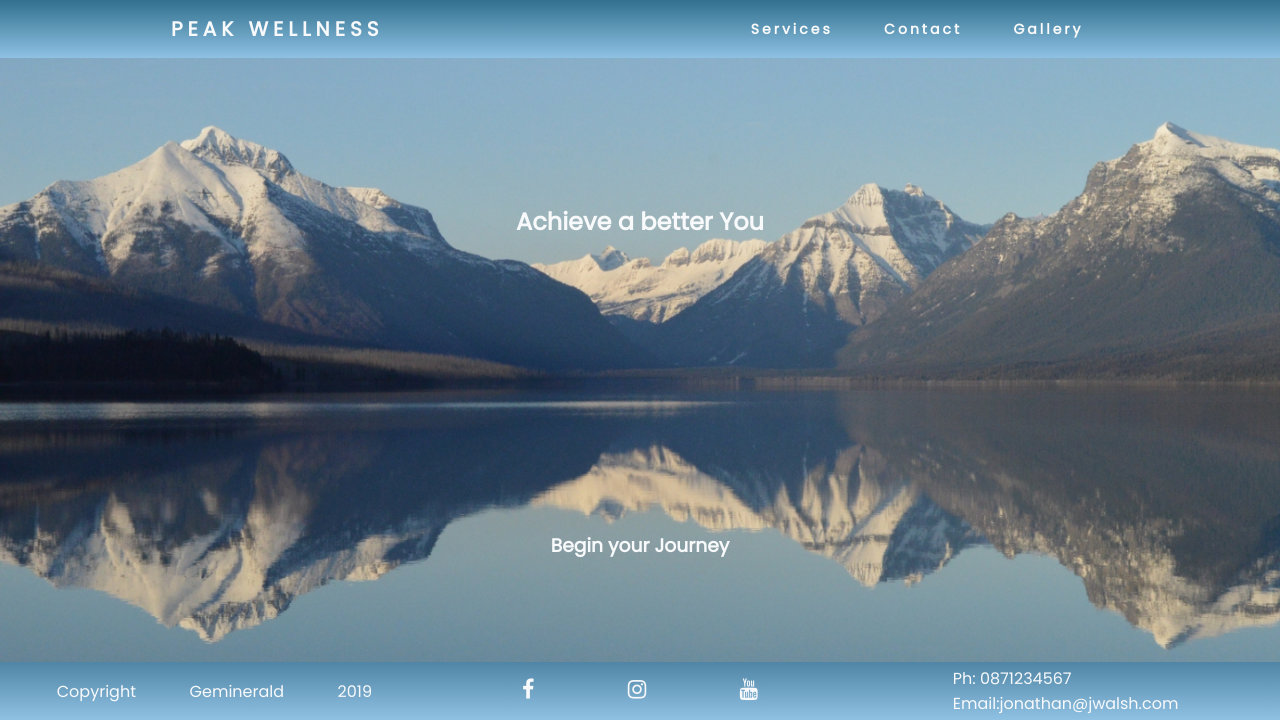
Repository: geminerald/peakwellness
Page: index.html
The author's editor kept a record of every edit. The page is drawn from the files as they stood at one moment, then again after the next edit.
The browser window is 1280 px wide. The pictures show the whole page.

Above is the page before.

### index.html
<!DOCTYPE html>
<html lang="en">

<head>
    <meta charset="UTF-8">
    <meta name="viewport" content="width=device-width, initial-scale=1.0, maximum-scale=1.0, user-scalable=0">
    <meta http-equiv="X-UA-Compatible" content="ie=edge">
    <link rel="stylesheet" href="assets/style.css" type="text/css" />
    <link href="https://fonts.googleapis.com/css?family=Poppins&display=swap" rel="stylesheet">
    <title>Peak Wellness</title>
    <link rel="icon" href="./images/peak-icon.png">
     <link rel="stylesheet" href="https://stackpath.bootstrapcdn.com/font-awesome/4.7.0/css/font-awesome.min.css" type="text/css" />
</head>

<body>
    <nav>
        <div class="logo">
            <h4><a href="index.html">Peak Wellness</h4></a>
        </div>
        <ul class="nav-links">
            <li>
                <a href="services.html">Services</a>
            </li>
            <li>
                <a href="contact.html">Contact</a>
            </li>
            <li>
                <a href="gallery.html">Gallery</a>
            </li>

        </ul>
        <div class="burger">
            <div class="line1"></div>
            <div class="line2"></div>
            <div class="line3"></div>
        </div>
    </nav>
    <section>
        <div class="home-container">
            <h2>Achieve a better You</h2>
            <a href="services.html">
                <h3>Begin your Journey</h3>
            </a>
        </div>
    </section>
    <footer>
        <div class="f-item">
            Copyright <a href="#"> Geminerald </a> 2019
        </div>
        <div class="f-item">
            <ul class="social-links">
                    <li><a target="_blank" href="https://www.facebook.com/PeakWellnessstudio/"><i class="fa fa-facebook"></i></a></li>
                    <li><a target="_blank" href="https://www.instagram.com/thepeakwellnessstudio/"><i class="fa fa-instagram"></i></a></li>
                    <li><a target="_blank" href="https://www.youtube.com/channel/UC_d9R5XdeesvneUyRDroG0w?"><i class="fa fa-youtube"></i></a></li>
                </ul>
        </div>
        <div class="f-item">
            <p>Ph: 0871234567<br>Email:jonathan@jwalsh.com</p>
        </div>
    </footer>
    <script src="./assets/nav.js"></script>
</body>

</html>

### assets/style.css
* {
    margin: 0;
    padding: 0;
    box-sizing: border-box;
}

body {
    font-family: 'Poppins', sans-serif;
    color: #f7f9fb;
}

a {
    text-decoration: none;
    color: #f7f9fb;
}

/*----------------------------------------------------------------Colours

Grey/Green: #687864
Dark Blue: #31708e
Medium Blue: #5085a5
Light Blue: #8fc1e3
White: #f7f9fb

Colours from: https://visme.co/blog/website-color-schemes/

*/

/*----------------------------------------------------------------Nav*/

/*Nav Elements inspired by Dev Ed:

https://www.youtube.com/watch?v=gXkqy0b4M5g

*/

nav {
    display: flex;
    justify-content: space-around;
    align-items: center;
    min-height: 8vh;
    background: linear-gradient(180deg, #31708E 0%, #8FC1E3 100%);

}

.logo {
    color: #fafafa;
    text-transform: uppercase;
    letter-spacing: 5px;
    font-size: 20px;

}

.nav-links {
    display: flex;
    width: 30%;
    justify-content: space-around;

}

.nav-links li {
    list-style: none;
}

.nav-links a {
    color: #fafafa;
    text-decoration: none;
    letter-spacing: 3px;
    font-weight: bold;
    font-size: 14px;

}

.burger {
    display: none;
    cursor: pointer;
}

.burger div {
    width: 25px;
    height: 3px;
    background-color: #fafafa;
    margin: 5px;
    transition: all 0.3s ease;

}

@media screen and (max-width:1068px) {
    .nav-links {
        width: 50%;
    }
}

@media screen and (max-width:768px) {
    body {
        overflow-x: hidden;
    }

    .nav-links {
        position: absolute;
        ;
        right: 0px;
        height: 92vh;
        top: 8vh;
        background: linear-gradient(180deg, #31708E 0%, #8FC1E3 100%);
        display: flex;
        flex-direction: column;
        align-items: center;
        width: 75%;
        transform: translateX(100%);
        transition: transform 0.5s ease-in;
    }
    .nav-links li {
        opacity: 0;
    }
    .burger {
        display: block;
    }
}

.nav-active {
    transform: translateX(0%);
}

@keyframes navLinkFade {
    from {
        opacity: 0;
        transform: translateX(50px);
    }
    to {
        opacity: 1;
        transform: translateX(0px);
    }
}

.toggle .line1 {
    transform: rotate(-45deg) translate(-5px, 6px);
}

.toggle .line2 {
    opacity: 0;
}

.toggle .line3 {
    transform: rotate(45deg) translate(-5px, -6px);
}

/*----------------------------------------------------------------Nav*/

/*----------------------------------------------------------------Home*/

.home-container {
    background-image: url("../images/home-bg.jpg");
    background-repeat: no-repeat;
    background-position: center;
    background-size: cover;
    margin: auto;
    height: 90vh;
    width: 100%;
    display: flex;
    justify-content: space-around;
    align-items: center;
    flex-flow: column;
}

/*----------------------------------------------------------------Home*/

/*----------------------------------------------------------------Footer*/

footer {
    height: 8vh;
    width: 100%;
    position: absolute;
    bottom: 0;
    background: linear-gradient(180deg, #5085A5 0%, #8FC1E3 100%);
    display: flex;
    flex-direction: row;
    justify-content: space-evenly;
}

.f-item {
    display: flex;
    align-items: center;
    justify-content: space-evenly;
    flex-direction: row;
    width: 33%;
}

.social-links {
    display: flex;
    justify-content: space-evenly;
    list-style: none;
    width: 100%;
}

.social-links li a i,
.f-item a i {
    font-size: 3vh;
}


.hidden-mobile {
    display: block;
}

.show-mobile {
    display: none;
}

@media screen and (max-width:768px) {
    .hidden-mobile {
        display: none;
    }
    .show-mobile {
        display: block;
    }
}

/*----------------------------------------------------------------Footer*/

### assets/nav.js
const navSlide = () => {
    const burger = document.querySelector('.burger');
    const nav = document.querySelector('.nav-links');
    const navLinks = document.querySelectorAll('.nav-links li');

    burger.addEventListener('click', () => {
        nav.classList.toggle('nav-active');
        navLinks.forEach((link, index) => {
            if (link.style.animation) {
                link.style.animation = '';
            } else {
                link.style.animation = `navLinkFade 0.5s ease forwards ${index/7 + 1}s`;
            }
        });
        burger.classList.toggle('toggle');
    });
}

navSlide();

After the next edit:
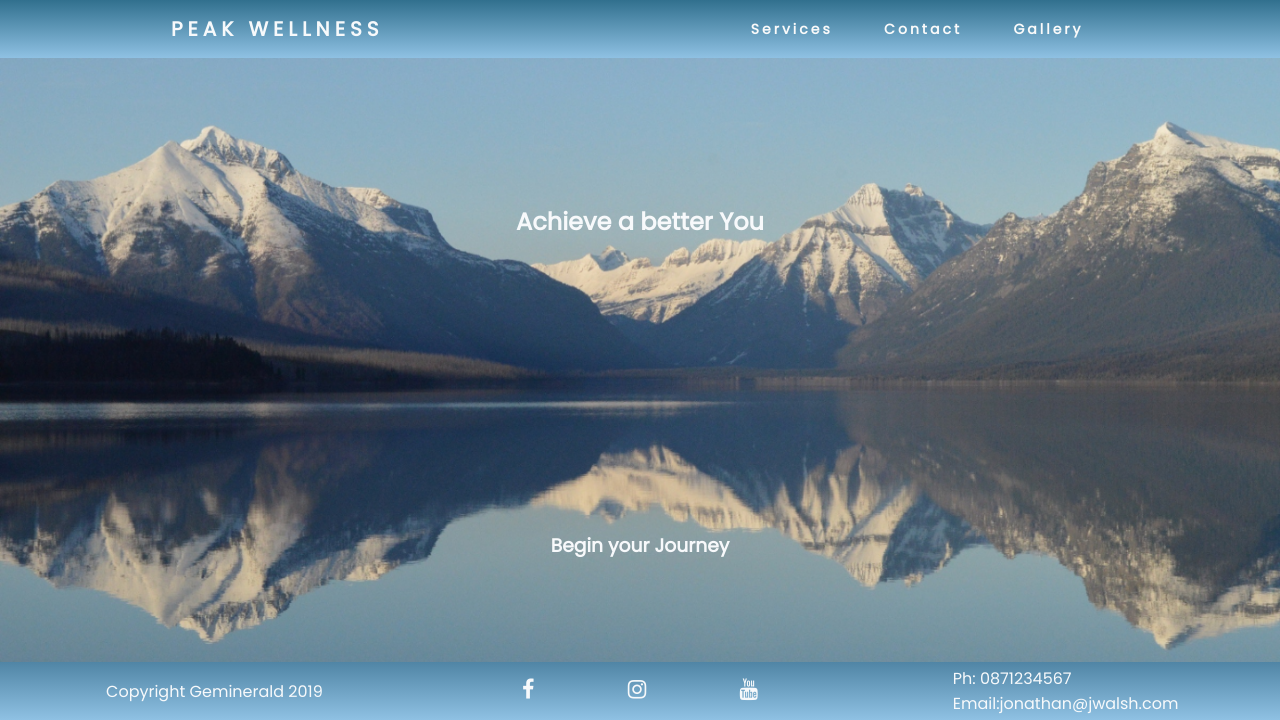
The edit:
--- a/index.html
+++ b/index.html
@@ -9,7 +9,7 @@
     <link href="https://fonts.googleapis.com/css?family=Poppins&display=swap" rel="stylesheet">
     <title>Peak Wellness</title>
     <link rel="icon" href="./images/peak-icon.png">
-     <link rel="stylesheet" href="https://stackpath.bootstrapcdn.com/font-awesome/4.7.0/css/font-awesome.min.css" type="text/css" />
+    <link rel="stylesheet" href="https://stackpath.bootstrapcdn.com/font-awesome/4.7.0/css/font-awesome.min.css" type="text/css" />
 </head>
 
 <body>
@@ -45,14 +45,15 @@
     </section>
     <footer>
         <div class="f-item">
-            Copyright <a href="#"> Geminerald </a> 2019
+            <a class="show-mobile" href="#"><i class="fa fa-copyright"></i> </a>
+            <p class="hidden-mobile">Copyright <a href="#"> Geminerald </a> 2019</p>
         </div>
         <div class="f-item">
             <ul class="social-links">
-                    <li><a target="_blank" href="https://www.facebook.com/PeakWellnessstudio/"><i class="fa fa-facebook"></i></a></li>
-                    <li><a target="_blank" href="https://www.instagram.com/thepeakwellnessstudio/"><i class="fa fa-instagram"></i></a></li>
-                    <li><a target="_blank" href="https://www.youtube.com/channel/UC_d9R5XdeesvneUyRDroG0w?"><i class="fa fa-youtube"></i></a></li>
-                </ul>
+                <li><a target="_blank" href="https://www.facebook.com/PeakWellnessstudio/"><i class="fa fa-facebook"></i></a></li>
+                <li><a target="_blank" href="https://www.instagram.com/thepeakwellnessstudio/"><i class="fa fa-instagram"></i></a></li>
+                <li><a target="_blank" href="https://www.youtube.com/channel/UC_d9R5XdeesvneUyRDroG0w?"><i class="fa fa-youtube"></i></a></li>
+            </ul>
         </div>
         <div class="f-item">
             <p>Ph: 0871234567<br>Email:jonathan@jwalsh.com</p>
